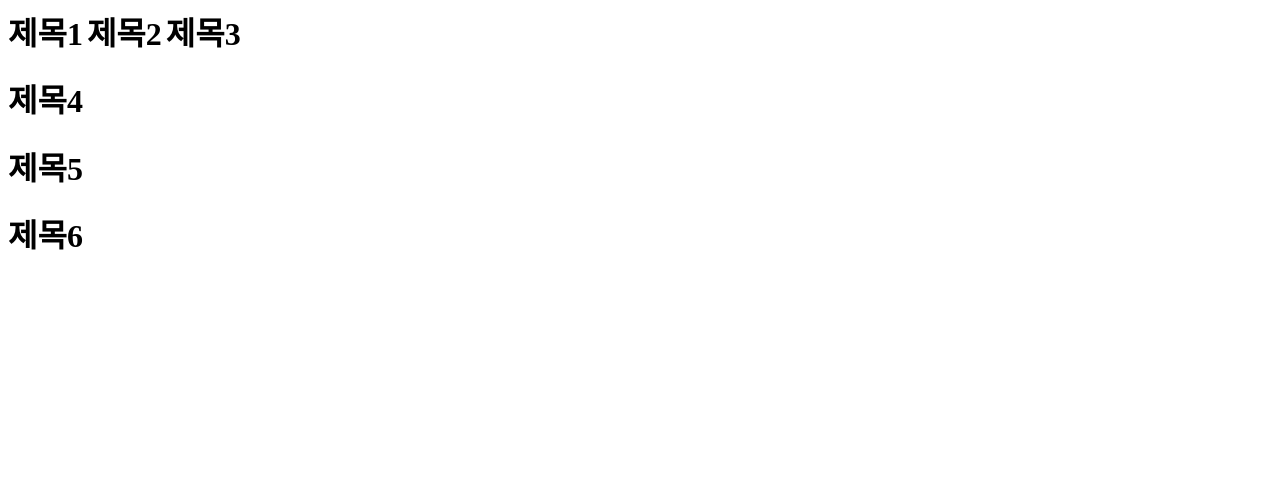
Repository: Kray273/JSLab
Page: css/src/main/webapp/Day97/display.html
These files come from the project's save history. The page is drawn as it stood at one moment and after the next save; the edit follows.
The browser window is 1280 px wide. The pictures show the whole page.

Above is the page before, as saved 2022-11-25 07:42:33.

### css/src/main/webapp/Day97/display.html
<!DOCTYPE html>
<html>
<head>
<meta charset="UTF-8">
<title>Display</title>
<style type="text/css">

	#test1 h1{
		display: inline;	/* 한줄 나란히 */
	}

	#test2 h1{
		display: block;	/* 각각의 블럭을 지정 */
	}

	#test3 h1{
		display: none;	/* hidden */
	}


</style>

</head>
<body>

<!-- div는 영역을 지정하는 태그 -->
<div id="test1">
	<h1>제목1</h1>
	<h1>제목2</h1>
	<h1>제목3</h1>
</div>

<div id="test2">
	<h1>제목4</h1>
	<h1>제목5</h1>
	<h1>제목6</h1>
</div>

<div id="test3">
	<h1>제목7</h1>
	<h1>제목8</h1>
	<h1>제목9</h1>
</div>

</body>
</html>

After the next save:
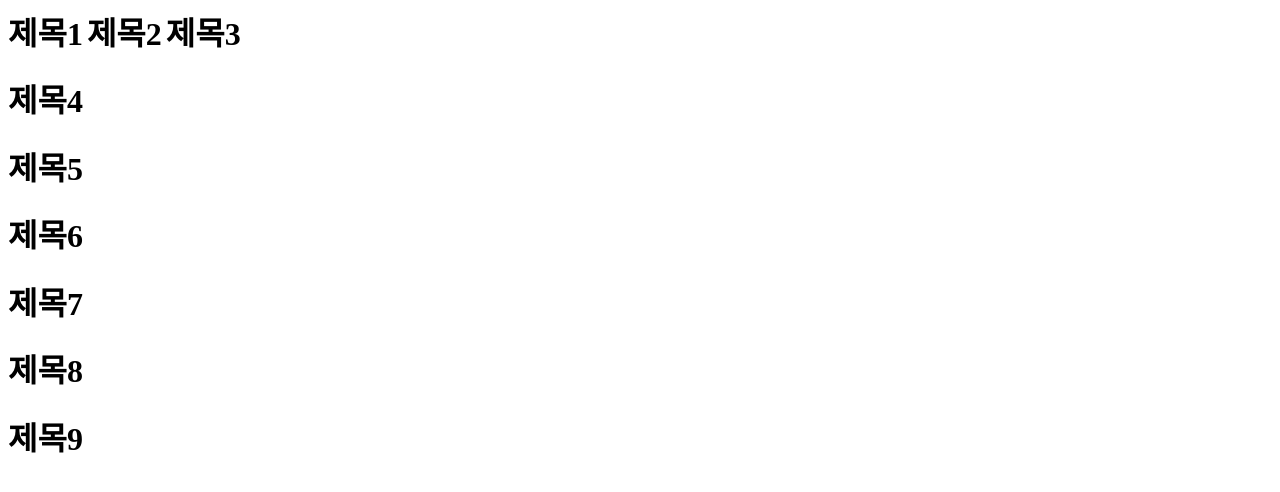
Saved 17 s later.
--- a/css/src/main/webapp/Day97/display.html
+++ b/css/src/main/webapp/Day97/display.html
@@ -14,7 +14,7 @@
 	}
 
 	#test3 h1{
-		display: none;	/* hidden */
+		/* display: none;	/* hidden */ */
 	}
 
 

After the 2 saves that followed:
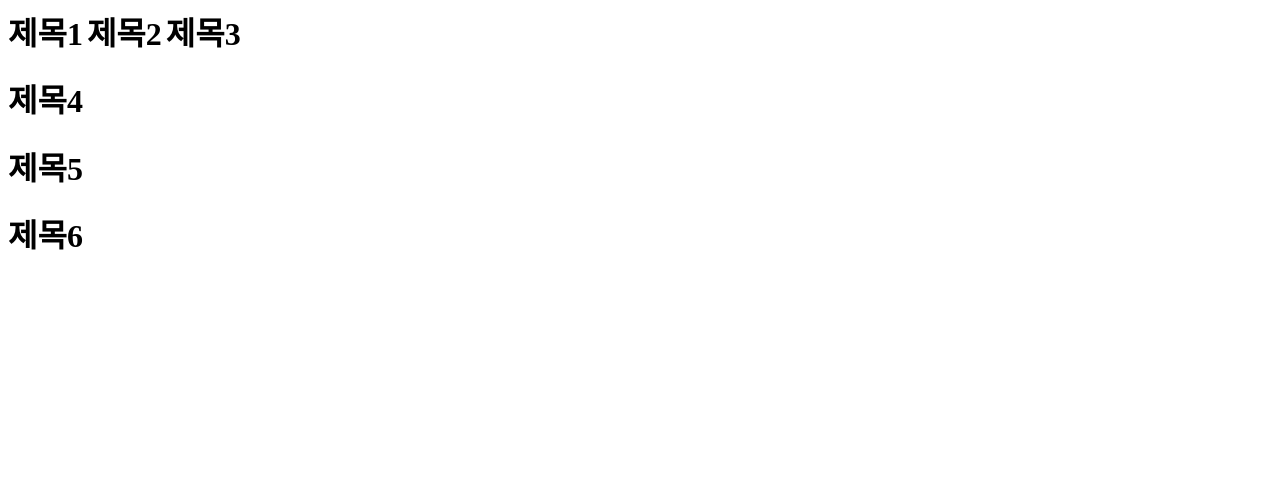
The 2 saves are shown as one change because 1 left the picture as it was.
The last was saved 27 s later.
--- a/css/src/main/webapp/Day97/display.html
+++ b/css/src/main/webapp/Day97/display.html
@@ -14,7 +14,7 @@
 	}
 
 	#test3 h1{
-		/* display: none;	/* hidden */ */
+		display: none;	/* hidden */
 	}
 
 
